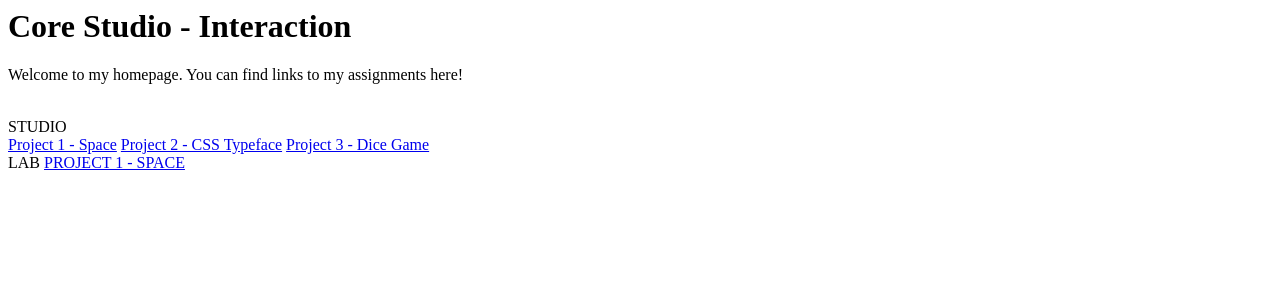
Repository: diasm568/diasm568.github.io
Page: index.html
The author's editor kept a record of every edit. The page is drawn from the files as they stood at one moment, then again after the next edit.
The browser window is 1280 px wide. The pictures show the whole page.

Above is the page before.

### index.html
<html>

  <header>
    <h1>Core Studio - Interaction</h1>
  </header>

    <body>
        <p>Welcome to my homepage. You can find links to my assignments here!</p>
        <br>
        STUDIO
        <br>
        <a href="studio/project1.html">Project 1 - Space</a>
         <a href="studio/project2.html">Project 2 - CSS Typeface</a>
          <a href="studio/project3.html">Project 3 - Dice Game</a>
        <br>
        LAB
        <a href="lab/index.html">PROJECT 1 - SPACE</a>
        </body>

</html>

After the next edit:
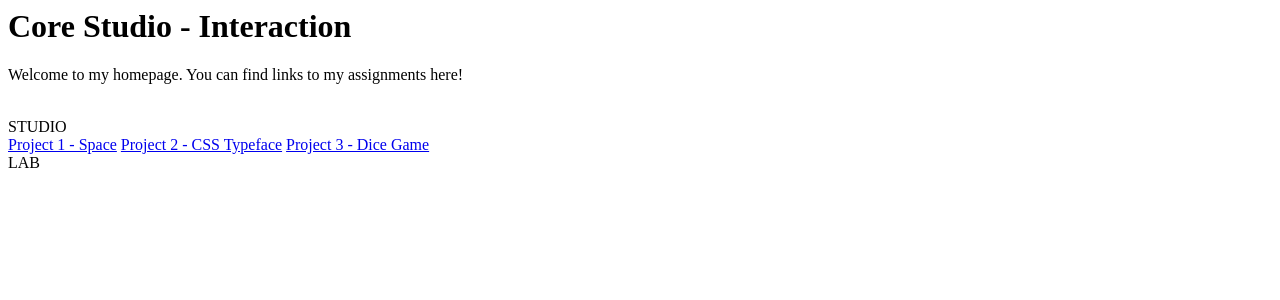
The edit:
--- a/index.html
+++ b/index.html
@@ -14,7 +14,6 @@
           <a href="studio/project3.html">Project 3 - Dice Game</a>
         <br>
         LAB
-        <a href="lab/index.html">PROJECT 1 - SPACE</a>
         </body>
 
 </html>
